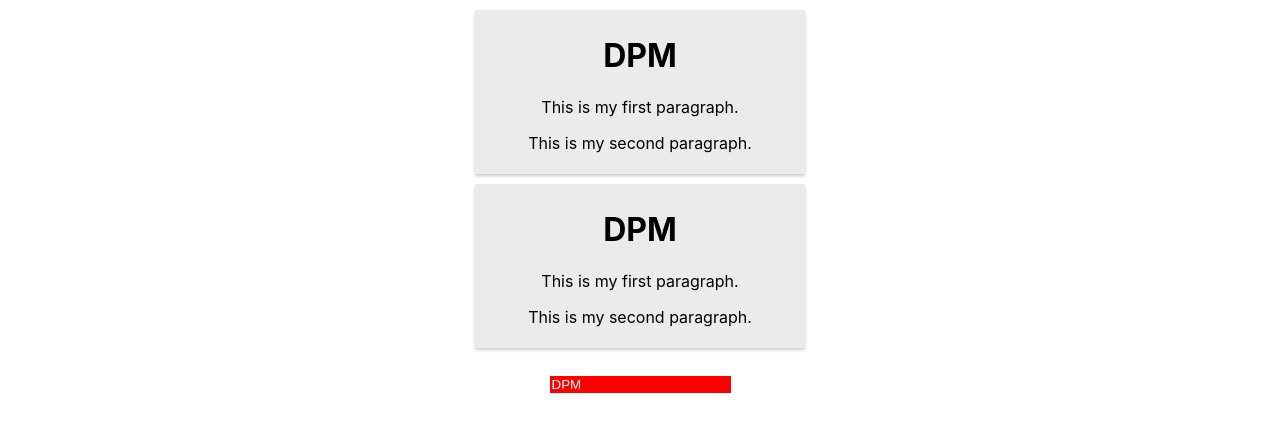
Repository: AidanHak/udemy-react-guide
Page: / (app in base-syntax--assignment-problem/)
An editor plug-in stored every save of this project. The page is shown before and after the next save, followed by the edit.
The browser window is 1280 px wide. The pictures show the whole page.
The project was rebuilt for these pictures with package versions that can differ from the ones it lists, and the page was loaded fresh each time.

Above is the page before, as saved 2020-12-17 19:38:53.

### base-syntax--assignment-problem/src/App.js
import React, { Component } from 'react';
import './App.css';
import UserInput from './UserInput/UserInput';
import UserOutput from './UserOutput/UserOutput';

class App extends Component {
	state = {
		username: 'DPM'
	}

	changeUsernameHandler = (event) => {
		this.setState({
			username: event.target.value
		})
	}

	render() {
		return (
		  <div className="App">
				<UserOutput
					username={this.state.username}></UserOutput>
				<UserOutput
					username={this.state.username}></UserOutput>
				<UserInput
					username={this.state.username}
					usernameChange={this.changeUsernameHandler}></UserInput>
		  </div>
		);
	}
}

export default App;

### base-syntax--assignment-problem/src/UserInput/UserInput.js
import React from 'react';
import './UserInput.css';

const UserInput = (props) => {
	const style = {
		borderRadius:'5px',
		margin:'5px auto',
		padding:'10px'
	}

	return (
		<div className="UserInput" style={style}>
			<input type="text" value={props.username} onChange={props.usernameChange} />
		</div>
	)
}

export default UserInput;

### base-syntax--assignment-problem/src/UserOutput/UserOutput.js
import React from 'react';
import './UserOutput.css';

const UserOutput = (props) => {
	const style = {
		width: '25%',
		padding:'5px',
		margin: '10px auto',
		boxShadow: '0 2px 3px #ccc'
	}

	return (
		<div className="UserOutput" style={style}>
			<h1>{props.username}</h1>
			<p>This is my first paragraph.</p>
			<p>This is my second paragraph.</p>
		</div>
	)
}

export default UserOutput;

### base-syntax--assignment-problem/src/UserInput/UserInput.css
.UserInput {
	width:auto;
	display:inline-block;
}

.UserInput input {
	background-color:red;
	color:white;
	border:1px solid white;
}

### base-syntax--assignment-problem/src/UserOutput/UserOutput.css
.UserOutput {
	background-color:rgb(235, 235, 235);
}

Loaded but not shown: base-syntax--assignment-problem/public/index.html (common file); base-syntax--assignment-problem/src/index.js (common file); base-syntax--assignment-problem/src/index.css (common file); base-syntax--assignment-problem/src/reportWebVitals.js (common file); base-syntax--assignment-problem/src/App.css (common file)

After the next save:
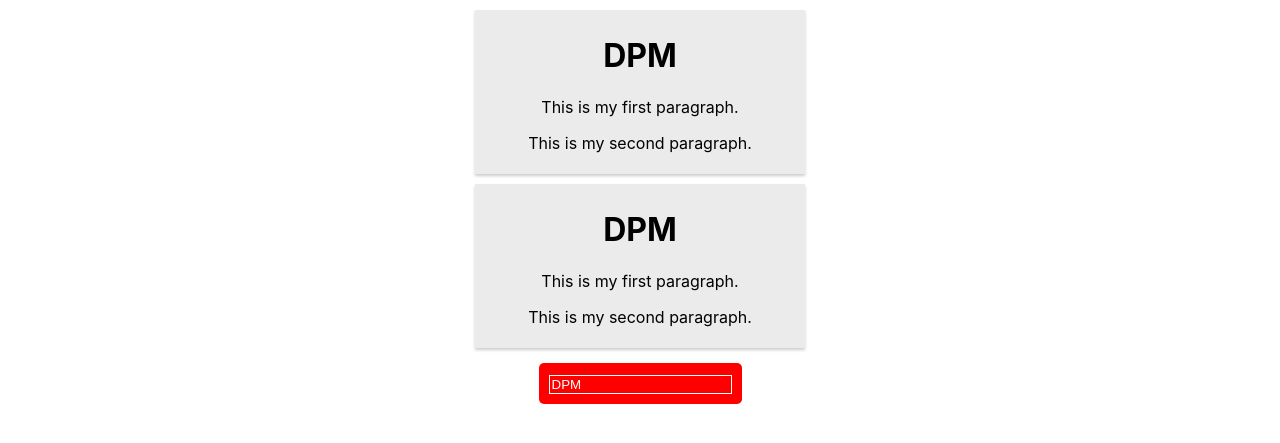
Saved 7 s later.
--- a/base-syntax--assignment-problem/src/UserInput/UserInput.css
+++ b/base-syntax--assignment-problem/src/UserInput/UserInput.css
@@ -1,4 +1,5 @@
 .UserInput {
+	background-color:red;
 	width:auto;
 	display:inline-block;
 }
